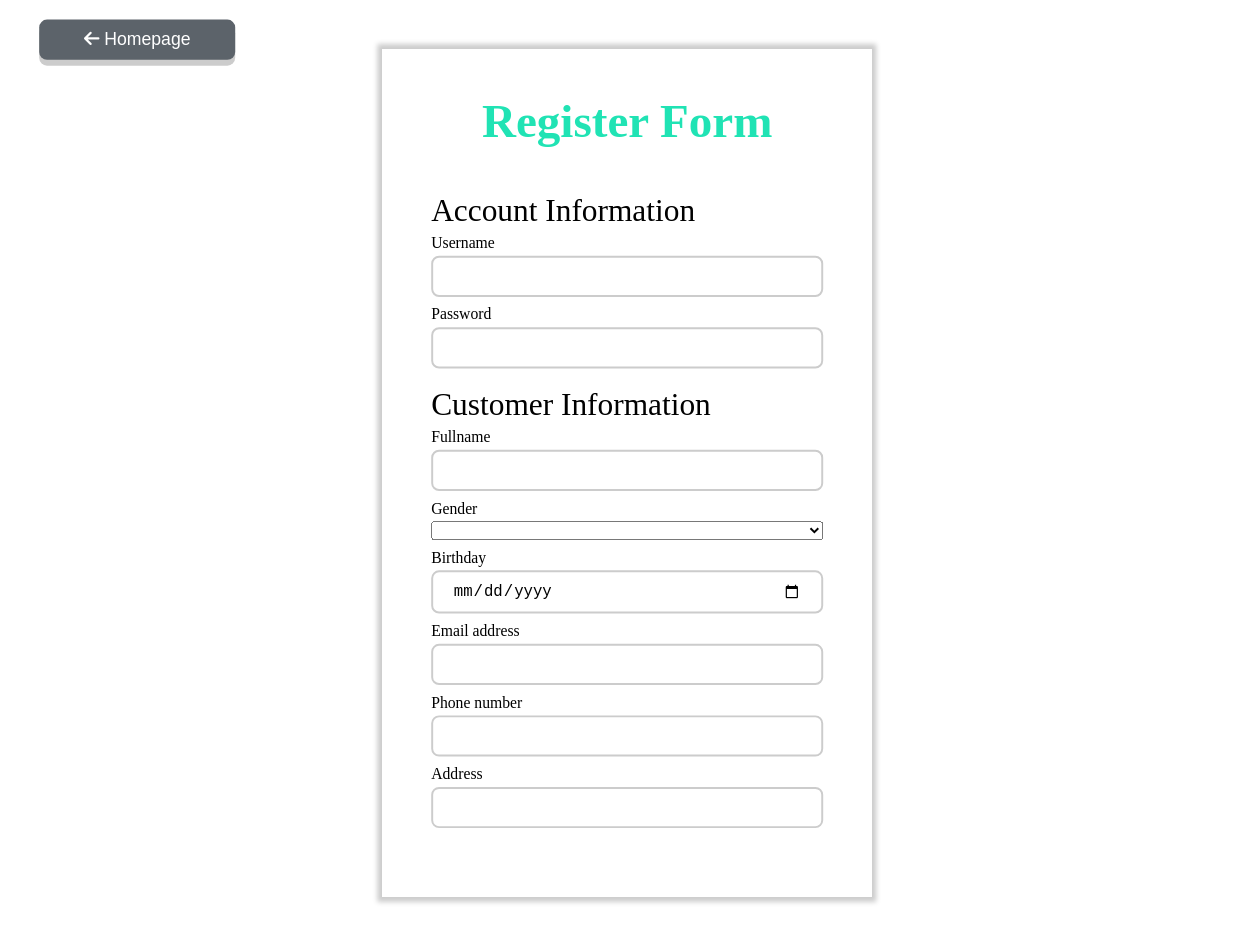
Repository: Trung0810/btl_cnpm_fe
Page: /
These files come from the project's save history. The page is drawn as it stood at one moment and after the next save; the edit follows.
The browser window is 1280 px wide. The pictures show the whole page, at 98% of full size.
The project was rebuilt for these pictures with package versions that can differ from the ones it lists, and the page was loaded fresh each time. Also part of the build but not shown: src/components/header/header.css, src/components/header/Header.js, src/components/footer/Footer.css, src/components/footer/Footer.js, src/components/shoes_list/ShoesCard.css, src/components/shoes_list/ShoesCard.js, src/components/shoes_list/ShoesList.css, src/components/shoes_list/ShoesList.js and 17 more.

Above is the page before, as saved 2026-03-31 13:39:21.

### public/index.html
<!doctype html>
<html lang="en">
  <head>
    <meta charset="utf-8" />
    <link rel="icon" href="%PUBLIC_URL%/favicon.ico" />
    <meta name="viewport" content="width=device-width, initial-scale=1" />
    <meta name="theme-color" content="#000000" />
    <meta
      name="description"
      content="Web site created using create-react-app"
    />
    <link rel="apple-touch-icon" href="%PUBLIC_URL%/logo192.png" />
    <!--
      manifest.json provides metadata used when your web app is installed on a
      user's mobile device or desktop. See https://developers.google.com/web/fundamentals/web-app-manifest/
    -->
    <link rel="manifest" href="%PUBLIC_URL%/manifest.json" />
    <!--
      Notice the use of %PUBLIC_URL% in the tags above.
      It will be replaced with the URL of the `public` folder during the build.
      Only files inside the `public` folder can be referenced from the HTML.

      Unlike "/favicon.ico" or "favicon.ico", "%PUBLIC_URL%/favicon.ico" will
      work correctly both with client-side routing and a non-root public URL.
      Learn how to configure a non-root public URL by running `npm run build`.
    -->
    <link rel="preconnect" href="https://fonts.googleapis.com" />
    <link rel="preconnect" href="https://fonts.gstatic.com" crossorigin />
    <link
      href="https://fonts.googleapis.com/css2?family=DM+Sans:ital,opsz,wght@0,9..40,100..1000;1,9..40,100..1000&family=Oswald:wght@200..700&display=swap"
      rel="stylesheet"
    />
    <title>React App</title>
  </head>
  <body>
    <noscript>You need to enable JavaScript to run this app.</noscript>
    <div id="root"></div>
    <!--
      This HTML file is a template.
      If you open it directly in the browser, you will see an empty page.

      You can add webfonts, meta tags, or analytics to this file.
      The build step will place the bundled scripts into the <body> tag.

      To begin the development, run `npm start` or `yarn start`.
      To create a production bundle, use `npm run build` or `yarn build`.
    -->
  </body>
</html>

### src/index.js
import React from "react";
import ReactDOM from "react-dom/client";
import App from "./App";
import reportWebVitals from "./reportWebVitals";
import "./index.css";
import "./reset.css";
import "@fortawesome/fontawesome-free/css/all.min.css";

const root = ReactDOM.createRoot(document.getElementById("root"));
root.render(
  <React.StrictMode>
    <App />
  </React.StrictMode>,
);

// If you want to start measuring performance in your app, pass a function
// to log results (for example: reportWebVitals(console.log))
// or send to an analytics endpoint. Learn more: https://bit.ly/CRA-vitals
reportWebVitals();

### src/App.js
import { Fragment } from "react";
import Header from "./components/header/Header";
import Footer from "./components/footer/Footer";
import HomePage from "./components/home_page/HomePage";
import ShoesPage from "./components/shoes_page/ShoesPage";
import LoginForm from "./components/login_form/LoginForm";
import LoginPage from "./components/login_page/LoginPage";
import RegisterPage from "./components/register_page/RegisterPage";
import "./App.css";

function App() {
  return (
    <Fragment>
      {/* <Header></Header> */}
      {/* <HomePage></HomePage> */}
      {/* <ShoesPage></ShoesPage> */}
      {/* <Footer></Footer> */}
      {/* <LoginPage></LoginPage> */}
      <RegisterPage></RegisterPage>
    </Fragment>
  );
}

export default App;

### src/index.css
body {
  margin: 0;
  font-family:
    -apple-system, BlinkMacSystemFont, "Segoe UI", "Roboto", "Oxygen", "Ubuntu",
    "Cantarell", "Fira Sans", "Droid Sans", "Helvetica Neue", sans-serif;
  -webkit-font-smoothing: antialiased;
  -moz-osx-font-smoothing: grayscale;
  font-family: "DM Sans", sans-serif;
}
body::-webkit-scrollbar {
  display: none;
}
code {
  font-family:
    source-code-pro, Menlo, Monaco, Consolas, "Courier New", monospace;
}
* {
  box-sizing: border-box;
}

### src/components/register_page/RegisterPage.js
import React, { Fragment } from "react";
import RegisterForm from "../register_form/RegisterForm";

const RegisterPage = () => {
  return (
    <Fragment>
      <button
        style={{
          backgroundColor: "#5C636A",
          color: "#fff",
          position: "absolute",
          top: "20px",
          left: "40px",
        }}
      >
        <i className="fa fa-arrow-left"></i> Homepage
      </button>
      <RegisterForm></RegisterForm>
    </Fragment>
  );
};

export default RegisterPage;

### src/App.css
input {
  display: block;
  font-size: 16px;
  font-weight: 500;
  padding: 10px 20px;
  border: 2px solid #ccc;
  border-radius: 8px;
  outline: none;
}
input:focus {
  border-color: #20e3b4;
}
button {
  display: block;
  width: 200px;
  padding: 10px 30px;
  font-size: 18px;
  font-weight: 500;
  border-radius: 8px;
  border: none;
  outline: none;
  cursor: pointer;
  box-shadow: 0 6px 0 0 #ccc;
  transition: all 0.25s linear;
}
button:active {
  box-shadow: 0 3px 0 0 #ccc;
  transform: translateY(3px);
}

### src/components/register_form/RegisterForm.js
import React from "react";
import "./RegisterForm.css";

const RegisterForm = () => {
  return (
    <form className="register-form">
      <h2 className="register-title">Register Form</h2>
      <div className="register-account">
        <h3>Account Information</h3>
        <div className="register-form-wrapper">
          <label htmlFor="username">Username</label>
          <input type="text" name="username" id="username" />
        </div>
        <div className="register-form-wrapper">
          <label htmlFor="password">Password</label>
          <input type="text" name="password" id="password" />
        </div>
      </div>
      <div className="register-infor">
        <h3>Customer Information</h3>
        <div className="register-form-wrapper">
          <label htmlFor="fullname">Fullname</label>
          <input type="text" name="fullname" id="fullname" />
        </div>
        <div className="register-form-wrapper">
          <label htmlFor="gender">Gender</label>
          <select name="gender" id="gender">
            <option value=""></option>
            <option value="Male">Male</option>
            <option value="Female">Female</option>
            <option value="Other">Other</option>
          </select>
        </div>
        <div className="register-form-wrapper">
          <label htmlFor="date">Birthday</label>
          <input type="date" name="date" id="date" />
        </div>
        <div className="register-form-wrapper">
          <label htmlFor="email">Email address</label>
          <input type="email" name="email" id="email" />
        </div>
        <div className="register-form-wrapper">
          <label htmlFor="phone">Phone number</label>
          <input type="phone" name="phone" id="phone" />
        </div>
        <div className="register-form-wrapper">
          <label htmlFor="address">Address</label>
          <input type="text" name="address" id="address" />
        </div>
      </div>
    </form>
  );
};

export default RegisterForm;

### src/components/register_form/RegisterForm.css
.register-form {
  width: 500px;
  padding: 50px;
  margin: 50px auto;
  box-shadow: 0 0 5px 5px #ccc;
  user-select: none;
}
.register-title {
  font-size: 48px;
  font-weight: bold;
  color: #20e3b4;
  text-align: center;
  margin-bottom: 50px;
}
.register-account {
  display: flex;
  flex-direction: column;
  row-gap: 10px;
  margin-bottom: 20px;
}
.register-account h3 {
  font-size: 32px;
  font-weight: 500;
}
.register-form-wrapper {
  display: flex;
  flex-direction: column;
  row-gap: 5px;
}
.register-wrapper label {
  font-size: 18px;
  font-weight: 500;
}
.register-wrapper input {
  width: 100%;
}
.register-infor {
  display: flex;
  flex-direction: column;
  row-gap: 10px;
  margin-bottom: 20px;
}
.register-infor h3 {
  font-size: 32px;
  font-weight: 500;
}

Loaded but not shown: src/reportWebVitals.js (common file); src/reset.css (common file)

After the next save:
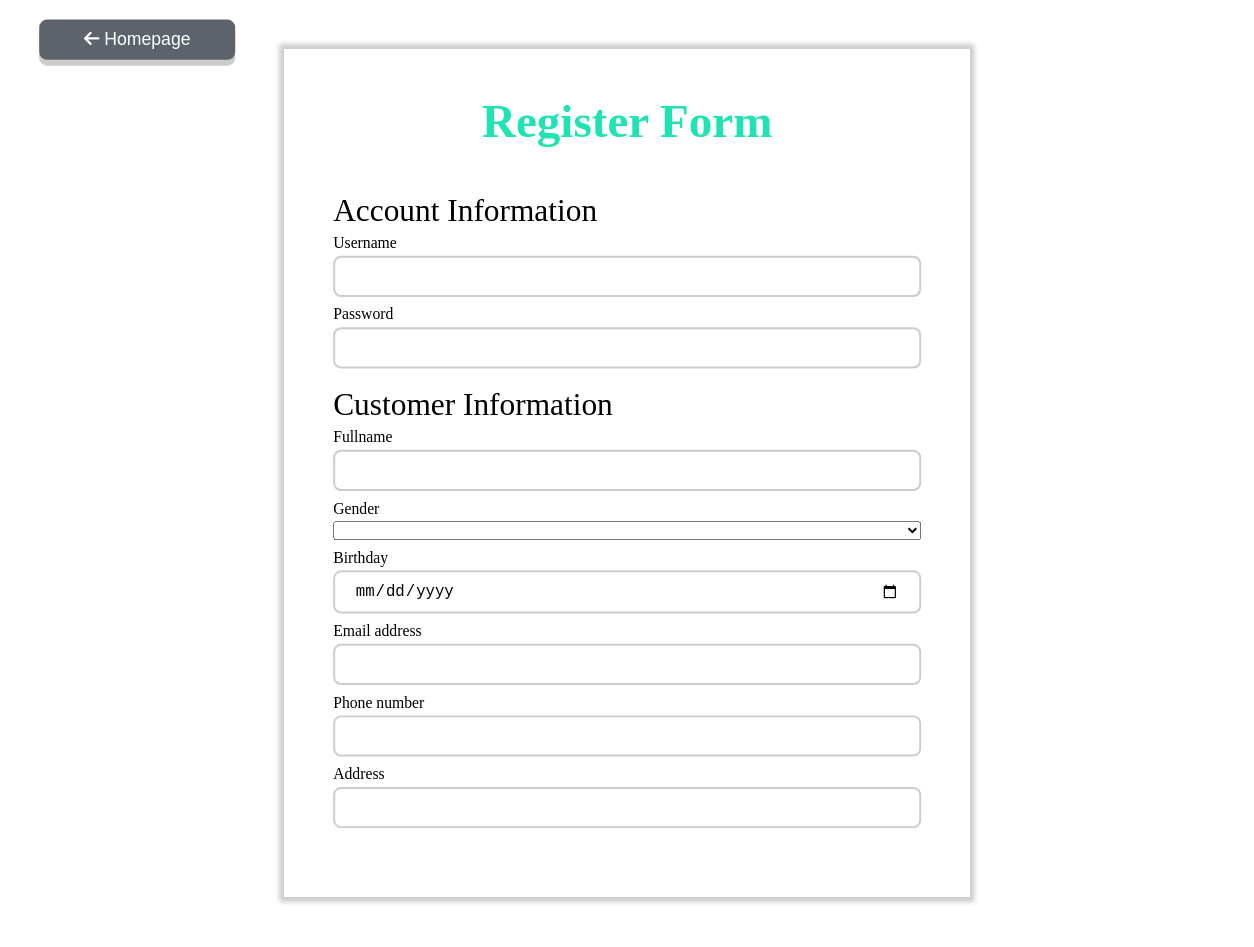
Saved 12 s later.
--- a/src/components/register_form/RegisterForm.css
+++ b/src/components/register_form/RegisterForm.css
@@ -1,5 +1,5 @@
 .register-form {
-  width: 500px;
+  width: 700px;
   padding: 50px;
   margin: 50px auto;
   box-shadow: 0 0 5px 5px #ccc;
